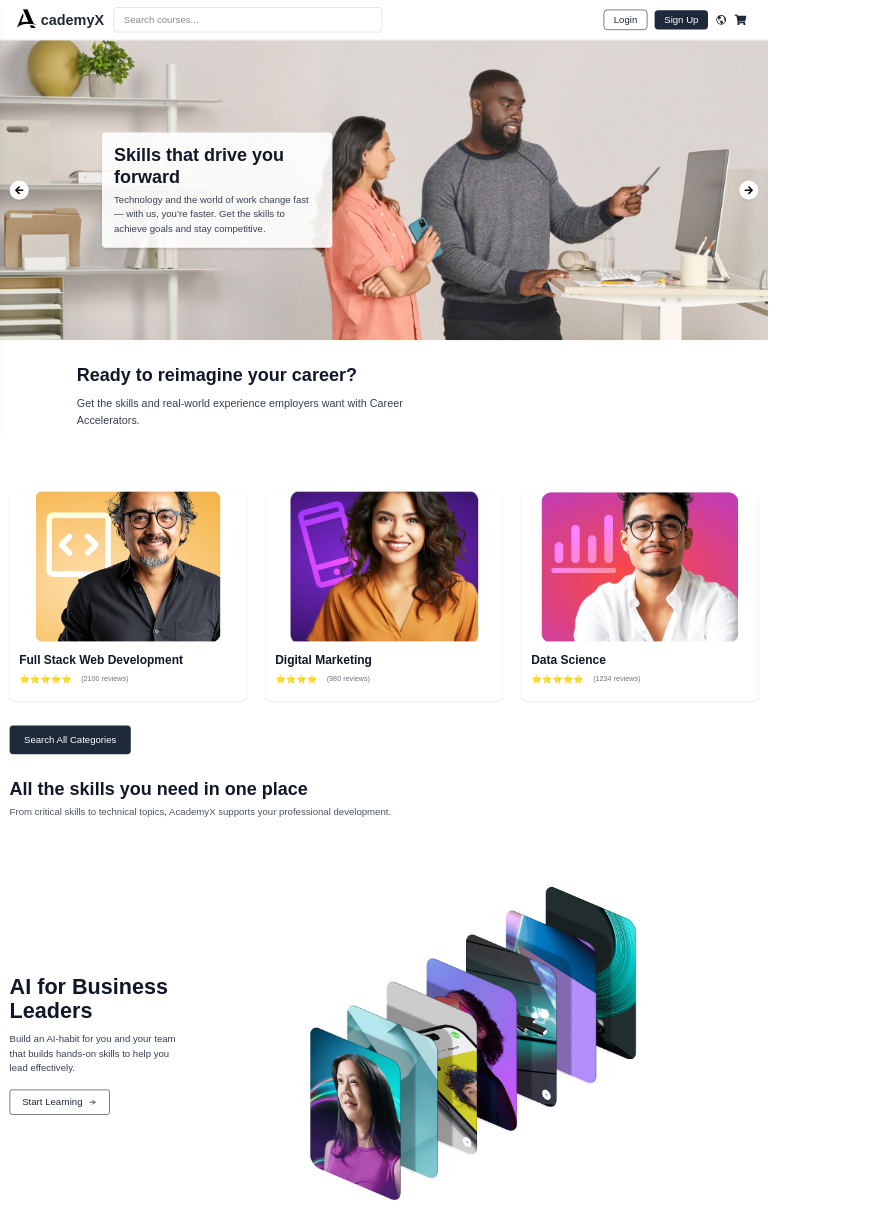
Repository: MohamedSalah54/full-stack-e-learning
Page: / (app in frontend/)
These files come from the project's save history. The page is drawn as it stood at one moment and after the next save; the edit follows.
The browser window is 1280 px wide. The page is 1280 px wide, then 1464 px, so the pictures cover 1464 px, including what lies to the right of the window. The pictures show the whole page, at 60% of full size.
The project was rebuilt for these pictures with package versions that can differ from the ones it lists, and the page was loaded fresh each time. The framework's server and built-in components were replaced by stand-ins that run in the browser. Also part of the build but not shown: frontend/next.config.ts.

Above is the page before, as saved 2025-06-15 15:46:02.

### frontend/src/app/layout.tsx
import type { Metadata } from "next";
import { Geist, Geist_Mono } from "next/font/google";
import "./globals.css";
import { Providers } from "@/app/providers";
import Navbar from "@/components/Navbar";

const geistSans = Geist({
  variable: "--font-geist-sans",
  subsets: ["latin"],
});

const geistMono = Geist_Mono({
  variable: "--font-geist-mono",
  subsets: ["latin"],
});

export const metadata: Metadata = {
  title: "Create Next App",
  description: "Generated by create next app",
};

export default function RootLayout({
  children,
}: Readonly<{
  children: React.ReactNode;
}>) {
  return (
    <html lang="en">
      <body
        className={`${geistSans.variable} ${geistMono.variable} antialiased`}
      >
        <Navbar/>
        <Providers>{children}</Providers>

      </body>
    </html>
  );
}

### frontend/src/app/page.tsx
import HeroBannerFixed from "@/components/home/HeroBannerFixed"
import HeroBannerSlider from "@/components/home/HeroBannerSlider"
import HeroCategories from "@/components/home/HeroCategories"

const Home = () => {
  return (
    <main className="flex flex-col items-center justify-center">
        <HeroBannerSlider/>
        <HeroCategories/>
        <HeroBannerFixed/>
    </main>
  )
}

export default Home

### frontend/src/app/providers.jsx
'use client';

import { Provider } from 'react-redux';
import { store } from '@/redux/store/store';
export function Providers({ children }) {
  return <Provider store={store}>{children}</Provider>;
}

### frontend/src/components/Navbar.tsx
'use client';

import { useState } from 'react';
import { FaShoppingCart, FaBars, FaTimes, FaSearch } from 'react-icons/fa';
import { IoMdGlobe } from 'react-icons/io';
import { useRouter } from 'next/navigation';

export default function Navbar() {
  const [isSidebarOpen, setIsSidebarOpen] = useState(false);
  const router = useRouter();
  const [isSearchOpen, setIsSearchOpen] = useState(false);


  return (
    <>
      {/* Navbar */}
      <nav className="bg-white shadow-sm border-b border-gray-200 py-3 px-4 sm:px-6">
        <div className="max-w-7xl mx-auto flex items-center justify-between">
          {/* Left - Hamburger + Logo */}
          <div className="flex items-center space-x-2">
            {/* Hamburger Icon - Visible on mobile only */}
            <button
              className="block md:hidden text-xl text-gray-800"
              onClick={() => setIsSidebarOpen(true)}
            >
              <FaBars />
            </button>

            {/* Logo */}
            <div
              className="flex items-center cursor-pointer"
              onClick={() => router.push('/')}
            >
              <div className="relative h-10 w-10">
                <img
                  src="/logo.png"
                  alt="Logo"
                  className="h-full w-full object-contain block"
                />
              </div>
              <span className="text-2xl font-bold text-gray-800 leading-none ml-1">
                cademyX
              </span>
            </div>
          </div>

          {/* Middle - Search (hidden on small screens) */}
          <div className="hidden md:flex flex-1 max-w-md mx-4">
            <input
              type="text"
              placeholder="Search courses..."
              className="w-full border border-gray-300 rounded-md px-4 py-2 focus:outline-none focus:ring-1 focus:ring-gray-800"
            />
          </div>

          {/* Right - Search & Cart (Always Visible) */}
          <div className="flex items-center space-x-3 ml-auto">
            <button
              className="hidden md:block px-4 py-1 border border-gray-800 text-gray-800 rounded-md hover:bg-gray-100 transition"
              onClick={() => router.push('/auth/login')}
            >
              Login
            </button>
            <button
              className="hidden md:block px-4 py-1 bg-gray-800 text-white rounded-md hover:bg-gray-700 transition"
              onClick={() => router.push('/auth/register')}
            >
              Sign Up
            </button>

            <IoMdGlobe className="hidden md:block text-gray-800 text-xl cursor-pointer hover:scale-110 transition" />

            <FaShoppingCart className="text-gray-800 text-xl cursor-pointer hover:scale-110 transition" />

            <FaSearch
              className="md:hidden text-gray-800 text-xl cursor-pointer hover:scale-110 transition"
              onClick={() => setIsSearchOpen(true)}
            />
          </div>


        </div>
      </nav>

      {isSearchOpen && (
        <div className="fixed inset-0 z-50 bg-white flex flex-col items-center justify-start px-4 pt-10">
          <div className="w-full max-w-2xl flex items-center gap-3 border-b border-gray-300 pb-2">
            <FaSearch className="text-gray-800 text-2xl" />

            {/* Search Input */}
            <input
              type="text"
              placeholder="Search courses..."
              autoFocus
              className="w-full text-lg focus:outline-none"
            />

            <FaTimes
              className="text-gray-800 text-2xl cursor-pointer"
              onClick={() => setIsSearchOpen(false)}
            />
          </div>
        </div>
      )}



      {/* Sidebar (Mobile) */}
      <div
        className={`fixed top-0 left-0 h-full w-64 bg-white shadow-lg z-50 transform transition-transform duration-300 ${isSidebarOpen ? 'translate-x-0' : '-translate-x-full'
          }`}
      >
        {/* Close Button */}
        <div className="flex justify-between items-center px-4 py-3 border-b">
          <h2 className="text-lg font-semibold">Menu</h2>
          <button
            onClick={() => setIsSidebarOpen(false)}
            className="text-xl text-gray-600"
          >
            <FaTimes />
          </button>
        </div>

        {/* Sidebar Links */}
        <div className="p-4 space-y-4">
          <button
            onClick={() => {
              router.push('/auth/login');
              setIsSidebarOpen(false);
            }}
            className="w-full text-left text-gray-800 hover:text-gray-600"
          >
            Login
          </button>
          <button
            onClick={() => {
              router.push('/auth/register');
              setIsSidebarOpen(false);
            }}
            className="w-full text-left text-gray-800 hover:text-gray-600"
          >
            Sign Up
          </button>
          <div className="border-t pt-4">
            <p className="text-gray-500 text-sm font-medium mb-2">Categories</p>
            <ul className="space-y-2">
              <li className="cursor-pointer hover:text-gray-600">Web Development</li>
              <li className="cursor-pointer hover:text-gray-600">Design</li>
              <li className="cursor-pointer hover:text-gray-600">Marketing</li>
            </ul>
          </div>
        </div>
      </div>

      {/* Overlay */}
      {isSidebarOpen && (
        <div
          className="fixed inset-0 bg-black/40 z-40"
          onClick={() => setIsSidebarOpen(false)}
        ></div>
      )}
    </>
  );
}

### frontend/src/components/home/HeroBannerFixed.tsx
// components/HeroBannerFixed.tsx
'use client';

import { HiOutlineArrowSmRight } from "react-icons/hi";

const HeroBannerFixed = () => {
    return (
        <section className="w-full bg-white py-10">
            <div className="max-w-7xl mx-auto px-4 flex flex-col md:flex-row items-center justify-between gap-10">
                {/* Text content on the left */}
                <div className="w-full md:w-1/2 text-left">
                    <h1 className="text-2xl sm:text-3xl md:text-4xl font-bold text-gray-900 mb-4">
                        AI for Business Leaders
                    </h1>
                    <span className="block text-gray-700 text-base mb-6">
                        Build an AI-habit for you and your team that builds hands-on skills to help you lead effectively.

                    </span>
                    <button className="px-5 py-2 bg-white text-gray-800 border border-gray-800 rounded hover:bg-gray-200 transition flex items-center gap-2 cursor-pointer">
                        Start Learning <HiOutlineArrowSmRight />
                    </button>

                </div>

                {/* Image on the right */}
                <div className="w-full md:w-[500px] lg:w-[2100px] ml-auto">
                    <img
                        src="/hero-fixed.png"
                        alt="Hero"
                        className="w-full h-auto rounded-md object-contain"
                    />
                </div>

            </div>
        </section>
    );
};

export default HeroBannerFixed;

### frontend/src/components/home/HeroBannerSlider.tsx
"use client";

import React, { useState } from "react";
import { FaArrowLeft, FaArrowRight } from "react-icons/fa";
import { heroSlides } from "@/constants";

const slides = heroSlides;

const HeroBannerSlider = () => {
  const [current, setCurrent] = useState(0);

  const nextSlide = () => {
    setCurrent((prev) => (prev + 1) % slides.length);
  };

  const prevSlide = () => {
    setCurrent((prev) => (prev - 1 + slides.length) % slides.length);
  };

  return (
    <>
      {/* Slider Section */}
      <section className="w-full relative bg-white overflow-hidden">
        {/* Wrapper for center and padding on large screens */}
        <div className="w-full max-w-screen-xl mx-auto relative h-[300px] sm:h-[400px] md:h-[500px]">
          {slides.map((slide, index) => (
            <img
              key={index}
              src={slide.image}
              alt="Hero"
              className={`absolute top-0 left-0 w-full h-full object-cover object-[60%] transition-opacity duration-700 ${
                index === current ? "opacity-100 z-10" : "opacity-0 z-0"
              }`}
            />
          ))}

          {/* Arrows */}
          <button
            onClick={prevSlide}
            className="absolute top-1/2 left-4 transform -translate-y-1/2 bg-white text-black p-2 rounded-full shadow hover:bg-gray-200 z-40"
          >
            <FaArrowLeft />
          </button>
          <button
            onClick={nextSlide}
            className="absolute top-1/2 right-4 transform -translate-y-1/2 bg-white text-black p-2 rounded-full shadow hover:bg-gray-200 z-40"
          >
            <FaArrowRight />
          </button>

          {/* Text Box for Large Screens */}
          <div className="hidden md:block absolute top-1/2 left-[170px] transform -translate-y-1/2 z-30">
            <div className="bg-white/90 p-5 rounded-md max-w-sm shadow-md">
              <h1 className="text-2xl lg:text-3xl font-bold text-gray-900 mb-2">
                {slides[current].title}
              </h1>
              <p className="text-gray-700 text-base">{slides[current].description}</p>
            </div>
          </div>
        </div>
      </section>

      {/* Text Below Image for Small Screens */}
      <div className="block md:hidden w-full bg-white pt-6 px-4">
        <div className="bg-white p-0 shadow-none rounded-none">
          <h1 className="text-xl font-bold text-gray-900 mb-2">{slides[current].title}</h1>
          <p className="text-gray-700 text-sm">{slides[current].description}</p>
        </div>
      </div>

      {/* Section Below */}
      <div className="w-full text-left py-10 bg-white px-4 sm:px-10 md:px-32">
        <h1 className="text-2xl sm:text-3xl font-bold text-gray-900 mb-4">
          Ready to reimagine your career?
        </h1>
        <p className="text-base sm:text-lg text-gray-700 max-w-xl">
          Get the skills and real-world experience employers want with Career Accelerators.
        </p>
      </div>
    </>
  );
};

export default HeroBannerSlider;

### frontend/src/components/home/HeroCategories.tsx
import { heroCategories } from "@/constants";

const HeroCategories = () => {
    const categories = heroCategories
    return (
       <section className="w-full py-16 px-4 bg-white">
  {/* Cards */}
  <div className="max-w-7xl mx-auto grid grid-cols-1 sm:grid-cols-2 lg:grid-cols-3 gap-8">
    {categories.map((cat, index) => (
      <div
        key={index}
        className="bg-white rounded-xl overflow-hidden shadow transition min-h-[350px] hover:bg-gray-100 cursor-pointer"
      >
        <img
          src={cat.image}
          alt={cat.title}
          className="w-full h-[250px] object-contain bg-white"
        />
        <div className="p-4">
          <h3 className="text-xl font-semibold text-gray-900 mb-2">{cat.title}</h3>
          <p className="text-sm text-gray-600 flex items-center gap-2">
            {"⭐".repeat(Math.round(cat.rating))}
            <span className="text-xs text-gray-500 ml-2">
              ({cat.reviews} reviews)
            </span>
          </p>
        </div>
      </div>
    ))}
  </div>

  {/* Search button */}
  <div className="flex justify-start mt-10 max-w-7xl mx-auto">
    <button className="bg-gray-800 text-white px-6 py-3 rounded-md hover:bg-gray-700 transition cursor-pointer">
      Search All Categories
    </button>
  </div>

  {/* Heading + Span */}
  <div className="text-left mt-10 max-w-7xl mx-auto">
    <h1 className="text-3xl font-bold text-gray-900 mb-2">
      All the skills you need in one place
    </h1>
    <span className="text-gray-600 text-base">
      From critical skills to technical topics, AcademyX supports your professional development.
    </span>
  </div>
</section>

    );
};

export default HeroCategories;

### frontend/src/constants/index.ts
//Home Page
export const heroSlides = [
    {
        image: "/banner1.jpg",
        title: "Skills that drive you forward",
        description: "Technology and the world of work change fast — with us, you’re faster. Get the skills to achieve goals and stay competitive.",
    },
    {
        image: "/banner2.jpg",
        title: "Learning that gets you",
        description: "Skills for your present (and your future). Get started with us.",
    },
];

export const heroCategories = [
    {
        title: "Full Stack Web Development",
        image: "/full-stack.jpg",
        rating: 5.0,
        reviews: 2100,
    },
    {
        title: "Digital Marketing",
        image: "/digital-marketing.jpg",
        rating: 4.0,
        reviews: 980,
    },
    {
        title: "Data Science",
        image: "/data-science.jpg",
        rating: 4.5,
        reviews: 1234,
    },
];

Loaded but not shown: frontend/src/app/globals.css (common file); frontend/src/redux/store/store.ts (common file)

After the next save:
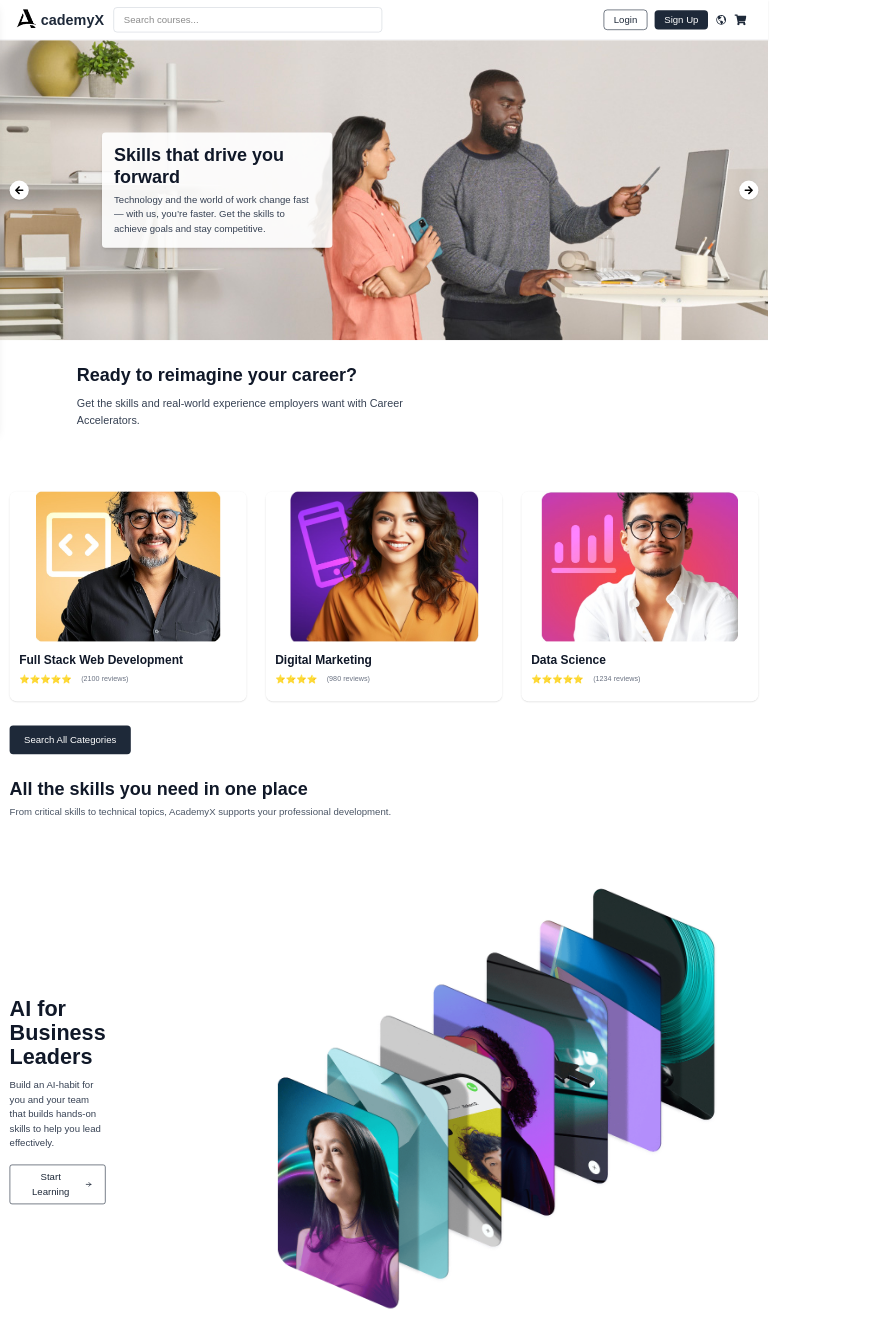
Saved 44 s later.
--- a/frontend/src/components/home/HeroBannerFixed.tsx
+++ b/frontend/src/components/home/HeroBannerFixed.tsx
@@ -23,13 +23,16 @@
                 </div>
 
                 {/* Image on the right */}
-                <div className="w-full md:w-[500px] lg:w-[2100px] ml-auto">
-                    <img
-                        src="/hero-fixed.png"
-                        alt="Hero"
-                        className="w-full h-auto rounded-md object-contain"
-                    />
-                </div>
+                <div className="w-full flex justify-end">
+  <div className="w-full md:w-[500px] lg:w-[2100px] ml-auto">
+    <img
+      src="/hero-fixed.png"
+      alt="Hero"
+      className="w-full h-auto rounded-md object-contain"
+    />
+  </div>
+</div>
+
 
             </div>
         </section>
